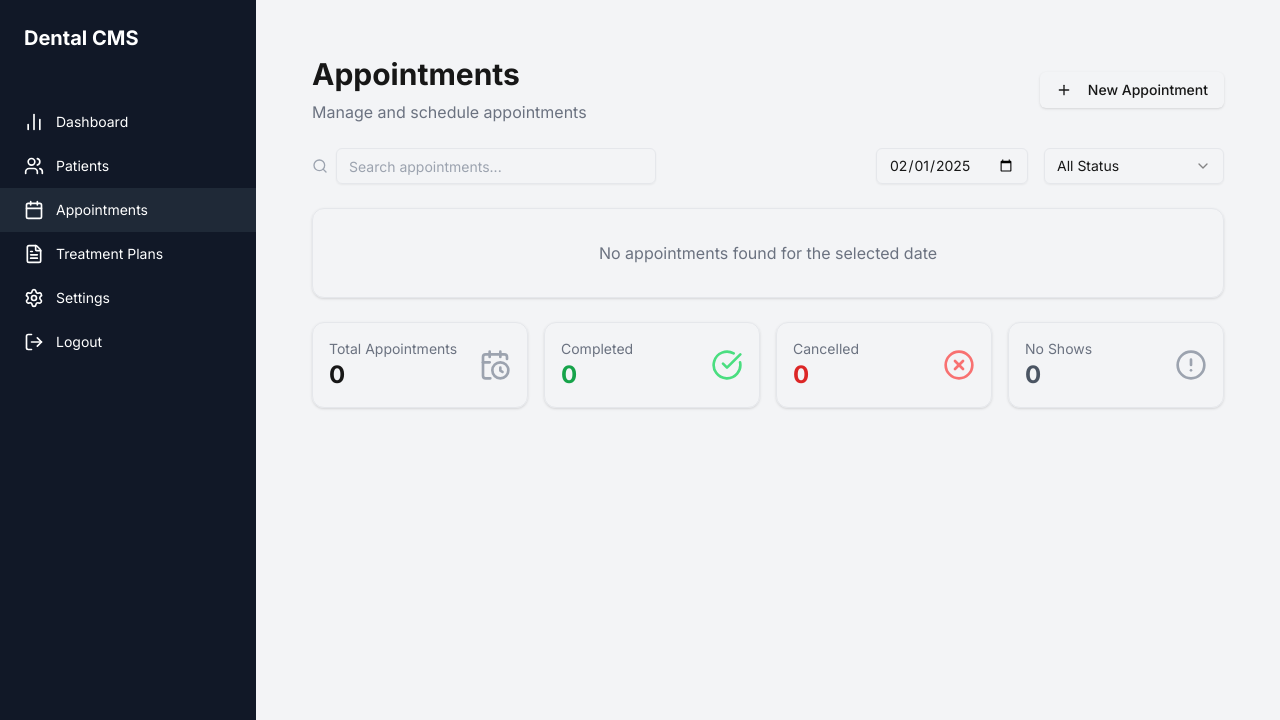
Repository: djdjdallas/diamonddental
Page: /dashboard/appointments
An editor plug-in stored every save of this project. The page is shown before and after the next save, followed by the edit.
The browser window is 1280 px wide. The pictures show the whole page.
The page's requests for data from a server got no answer. The project was rebuilt for these pictures with package versions that can differ from the ones it lists, and the page was loaded fresh each time. The framework's server and built-in components were replaced by stand-ins that run in the browser. No one was signed in, and anything a server would have sent is missing. Also part of the build but not shown: next.config.mjs, src/components/ui/label.jsx, src/components/ui/badge.jsx.

Above is the page before, as saved 2025-02-01 10:50:09.

After the next save:
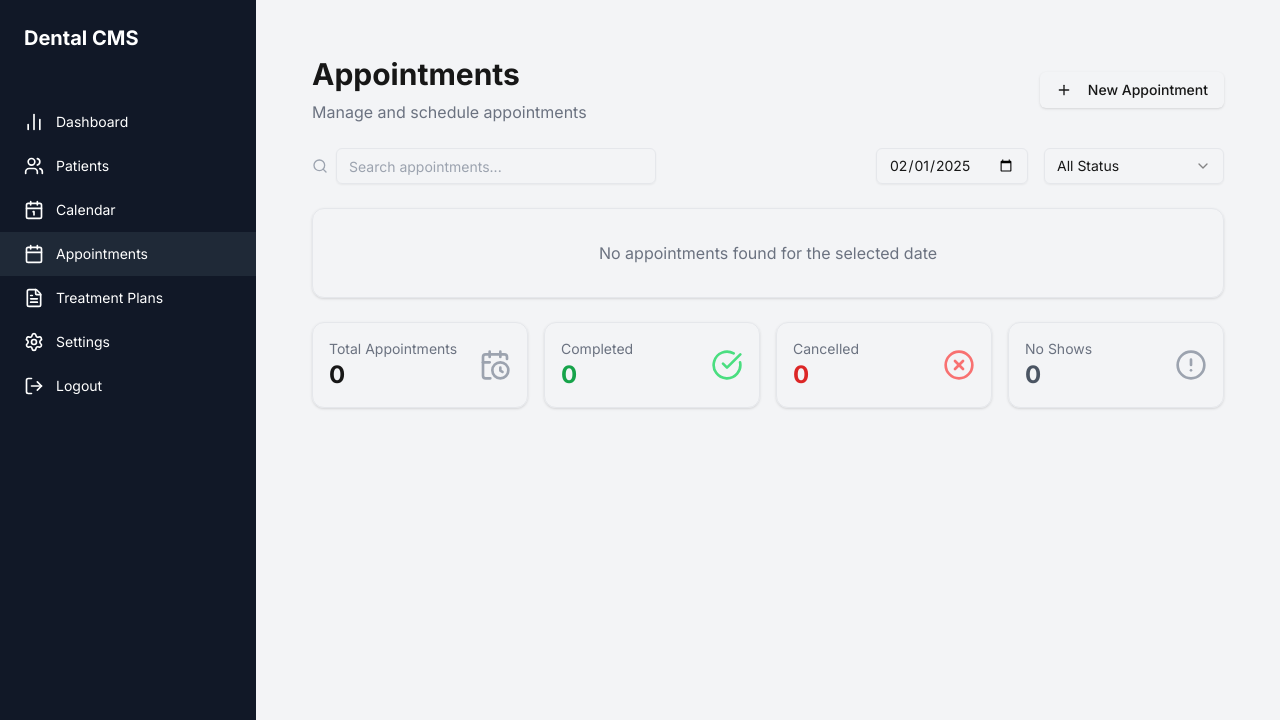
Saved 3 min 58 s later.
--- a/src/app/dashboard/layout.js
+++ b/src/app/dashboard/layout.js
@@ -10,12 +10,14 @@ import {
   BarChart2,
   FileText,
   LogOut,
+  Calendar1,
 } from "lucide-react";
 import { cn } from "@/lib/utils";
 
 const sidebarLinks = [
   { name: "Dashboard", href: "/dashboard", icon: BarChart2 },
   { name: "Patients", href: "/dashboard/patients", icon: Users },
+  { name: "Calendar", href: "/dashboard/calendar", icon: Calendar1 },
   { name: "Appointments", href: "/dashboard/appointments", icon: Calendar },
   { name: "Treatment Plans", href: "/dashboard/treatments", icon: FileText },
   { name: "Settings", href: "/dashboard/settings", icon: Settings },
